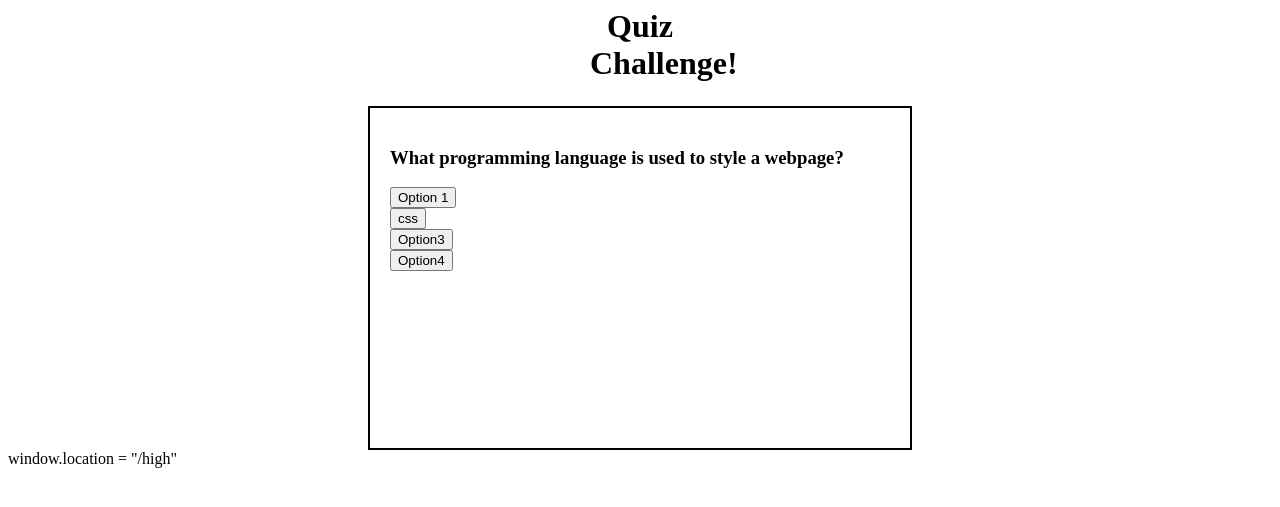
Repository: s88leigh/Quiz-Challenge
Page: index.html
The author's editor kept a copy of each file at every save. The page is drawn from the files as they stood at one save, then again after the next save.
The browser window is 1280 px wide. The pictures show the whole page.

Above is the page before, as saved 2019-10-19 10:07:00.

After the next save:
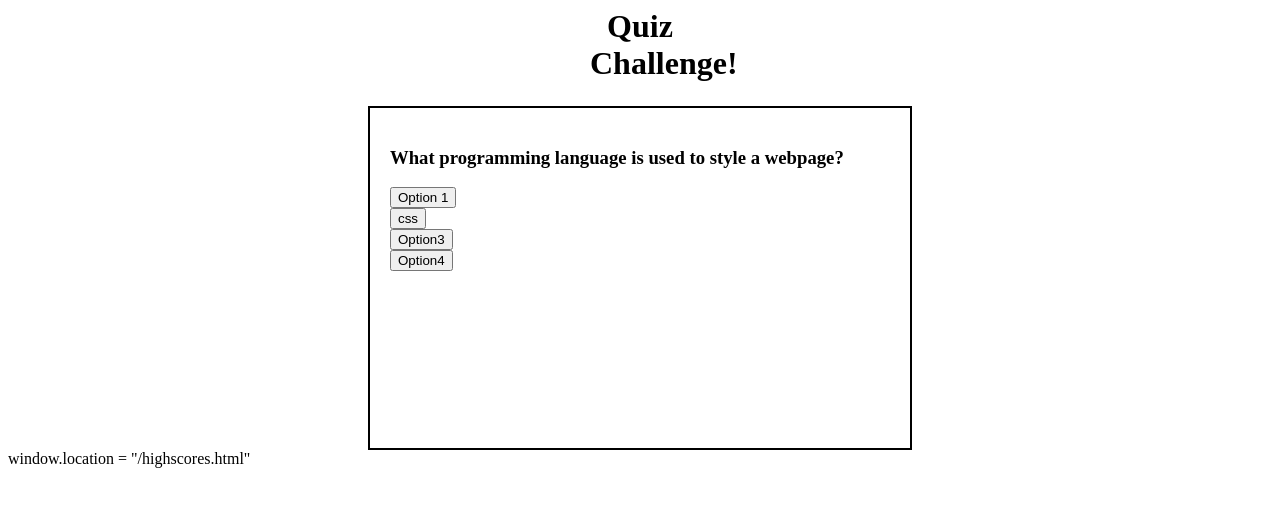
Saved 5 s later.
--- a/index.html
+++ b/index.html
@@ -22,7 +22,7 @@
     </div>
 
     <script src="./script.js"></script>
-    window.location = "/high"
+    window.location = "/highscores.html"
 </body>
 
 </html>
